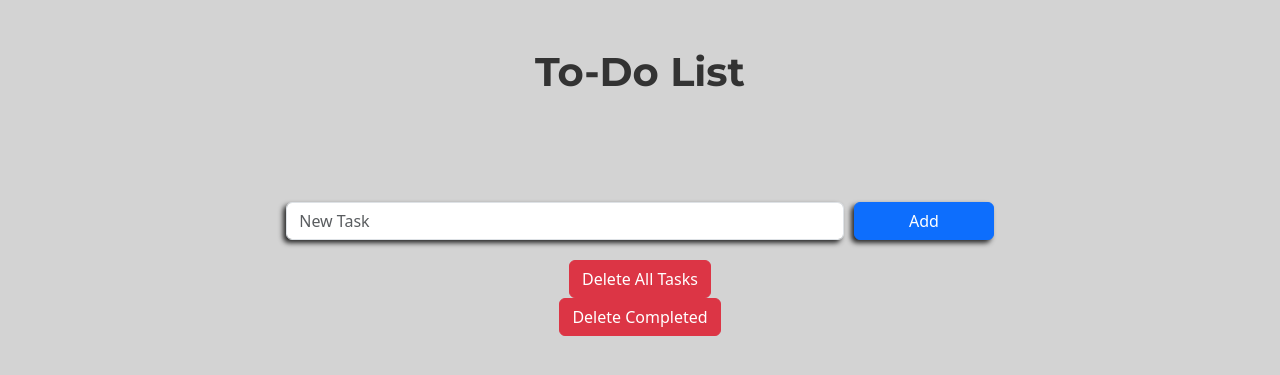
Repository: PituMia/TODO-List
Page: /
The author's editor kept a copy of each file at every save. The page is drawn from the files as they stood at one save, then again after the next save.
The browser window is 1280 px wide. The pictures show the whole page.
The project was rebuilt for these pictures with package versions that can differ from the ones it lists, and the page was loaded fresh each time. Also part of the build but not shown: vite.config.js, src/assets/css/App.css, src/assets/css/Task.css, src/assets/components/Task.jsx.

Above is the page before, as saved 2025-02-01 15:38:32.

### index.html
<!doctype html>
<html lang="en">
  <head>
    <meta charset="UTF-8" />
    <link rel="icon" type="image/svg+xml" href="/vite.svg" />
    <link href="https://cdn.jsdelivr.net/npm/bootstrap@5.3.3/dist/css/bootstrap.min.css" rel="stylesheet" integrity="sha384-QWTKZyjpPEjISv5WaRU9OFeRpok6YctnYmDr5pNlyT2bRjXh0JMhjY6hW+ALEwIH" crossorigin="anonymous">
    <link href="https://fonts.googleapis.com/css2?family=Bubblegum+Sans&display=swap" rel="stylesheet">
    <meta name="viewport" content="width=device-width, initial-scale=1.0" />
    <title>Vite + React</title>
  </head>
  <body>
    <div id="root"></div>
    <script type="module" src="/src/main.jsx"></script>
  </body>
</html>

### src/assets/css/index.css
html, body {
    background-color: #d3d3d3;
    margin: 0;
    padding: 0;
    width: 100%;
    height: 100%;
}

### src/App.jsx
import { useState } from 'react'
import './assets/css/App.css'
import Header from './assets/components/header'
import TaskInput from './assets/components/TaskInput'

import TaskList from './assets/components/TaskList'


function App() {
  const [count, setCount] = useState(0)

  return (
    <>
      <div className='app'>
   <Header />
   <TaskList />

      </div>

    </>
  )
}

export default App

### src/assets/components/header.jsx
import React from "react";
import "../css/header.css";

const Header = () => {
    return (
        <div className="head text-center p-5">
           <h1>To-Do List</h1>

        </div>
    )
};

export default Header

### src/assets/components/TaskInput.jsx
import React, { useState } from "react";
import "../css/TaskInput.css";


const TaskInput = ( {addTask} ) => {
    const [text, setText] = useState("");


    const handleAddTask = (e) => {
        e.preventDefault();
        if (typeof addTask === 'function') {
        addTask(text);
        console.log(text);
        setText("");}
        else {console.log("no es funcion")}



    }

    return (
        <div className="container">
            <form onSubmit={handleAddTask}>
                <div className="input d-flex justify-content-center " style={{ maxWidth: "50%", margin: "0 auto" }}>
                    <input type="text"
                        value={text}
                        onChange={(e) => setText(e.target.value)}
                        placeholder="New Task"
                        className="form-control col-9" required />
                    <button type="submit"
                        className="btn btn-primary col-3">Add</button>
                </div>
            </form>
            <div className="d-flex justify-content-center">

            </div>
        </div>
    );

};

export default TaskInput

### src/assets/components/TaskList.jsx
import React, { useState } from "react";
import Task from "./Task";
import TaskInput from "./TaskInput";
import DeleteAllButton from "./DeleteAllButton";
import DeleteCompleteButton from "./DeleteCompleteButton";


const TaskList = () => {
    const [tasks, setTasks] = useState([]);

    const handleSwitchBtn = (taskIndex) => {
        setTasks((prevTasks) =>
           prevTasks.map((task, index) =>
             index === taskIndex ? {...task, completed : !task.completed } : task))


    }

    const deleteCompleted = () => {
        setTasks((prevTasks) =>
        prevTasks.filter((task) => !task.completed ))
    }

    const handleDeleteTask = (taskToDelete) => {
        setTasks((prevTask) => prevTask.filter((_, index) => index != taskToDelete))
    }

    const deleteAllTasks = () => {
        setTasks([])
    }

    const handleAddTask = (newTask) => {
        setTasks((prevTask) => [...prevTask,
        {
            task: newTask,
            completed: false,
        }
        ])




    }

    console.log(tasks)

    return (
        <div className="tasklist flex-column justify-content-center" style={{ width: "100%", margin: "50px auto" }}>
            <TaskInput addTask={handleAddTask} />
            {tasks.map((task, index) => (
                <Task key={index}
                      todo={task}
                      index={index}
                      handleDeleteTask={handleDeleteTask}
                      handleSwitchBtn={handleSwitchBtn}  />
           ))}
           <DeleteAllButton deleteAllTasks={deleteAllTasks} />
           <DeleteCompleteButton deleteCompleted={deleteCompleted} />

        </div>
    )

}

export default TaskList

### src/assets/css/header.css
@import url('https://fonts.googleapis.com/css2?family=Montserrat:wght@700&display=swap');

.head {
    font-family: 'Montserrat', sans-serif;
    font-size: 50vw;
    font-weight: 700;
    text-align: center;
    color: #333;

}

### src/assets/css/TaskInput.css
.input {
    display: flex;
    gap: 10px;

}

.input input,
.input button {
    box-shadow: -3px 3px 5px rgba(0, 0, 0, 0.8)
}

.container {
    margin-bottom: 20px;
}

### src/assets/components/DeleteAllButton.jsx
import React from "react";

const DeleteAllButton = ({ deleteAllTasks }) => {


    return (
        <div>
            <button  className="btn btn-danger d-flex m-auto"
                     onClick={deleteAllTasks}>
                Delete All Tasks

            </button>
        </div>
    )


}

export default DeleteAllButton

### src/assets/components/DeleteCompleteButton.jsx
import React from "react";

const DeleteCompleteButton = ({ deleteCompleted }) => {


    return (
        <div>
            <button  className="btn btn-danger d-flex m-auto"
                     onClick={deleteCompleted}>
                Delete Completed

            </button>
        </div>
    )


}

export default DeleteCompleteButton

Loaded but not shown: src/main.jsx (common file)

After the next save:
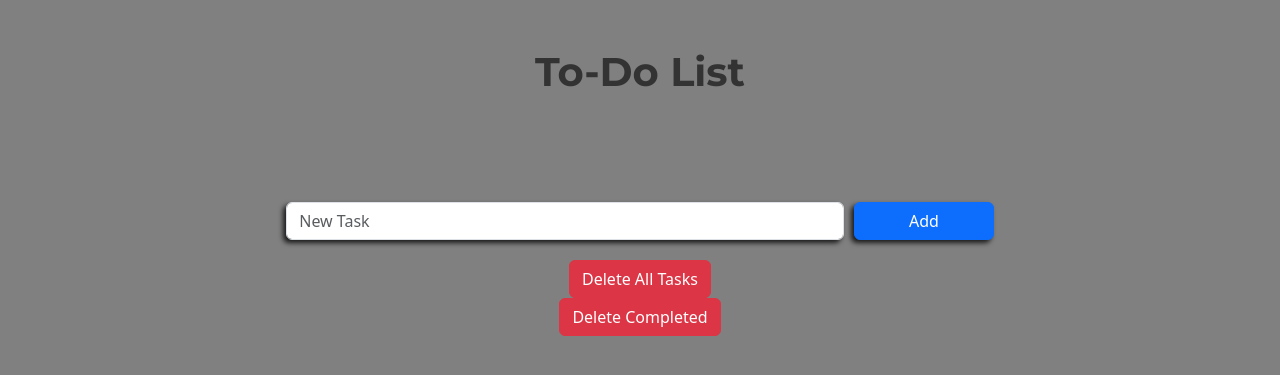
Saved 22 s later.
--- a/src/assets/css/index.css
+++ b/src/assets/css/index.css
@@ -1,5 +1,5 @@
 html, body {
-    background-color: #d3d3d3;
+    background-color: #808080;
     margin: 0;
     padding: 0;
     width: 100%;
